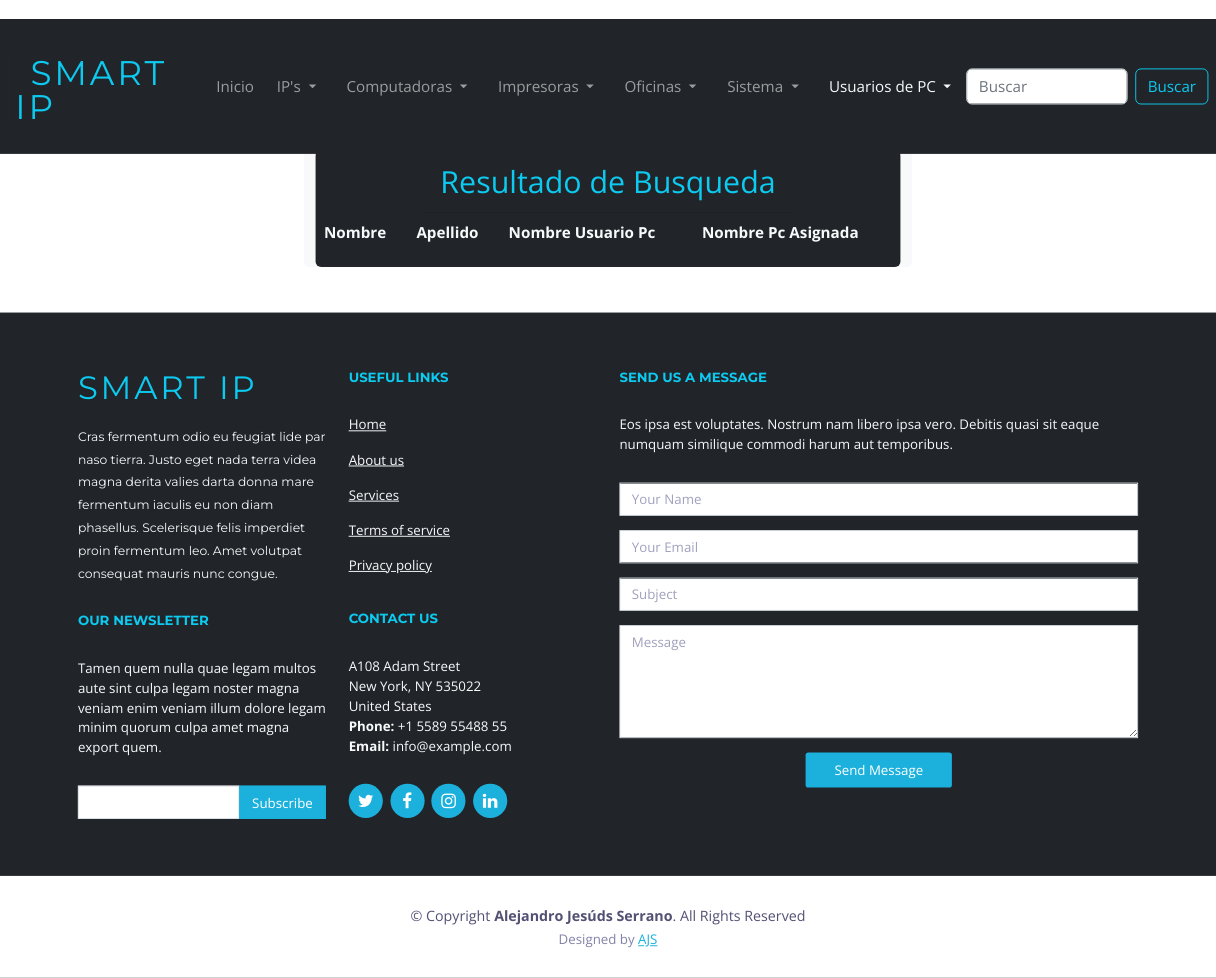
Repository: AlejandroJesusSerrano/SmartIPs
Page: smartip/smartipnav/templates/smartipnav/userspc_list.html
The author's editor kept a copy of each file at every save. The page is drawn from the files as they stood at one save, then again after the next save.
The browser window is 1280 px wide. The pictures show the whole page, at 95% of full size.
The page is served by the project's application, run on Django 4.2 (smartip/manage.py). The template is opened directly, without the code that normally fills it, so the values that code supplies are empty.

Above is the page before, as saved 2022-11-15 18:24:46.

After the next save:
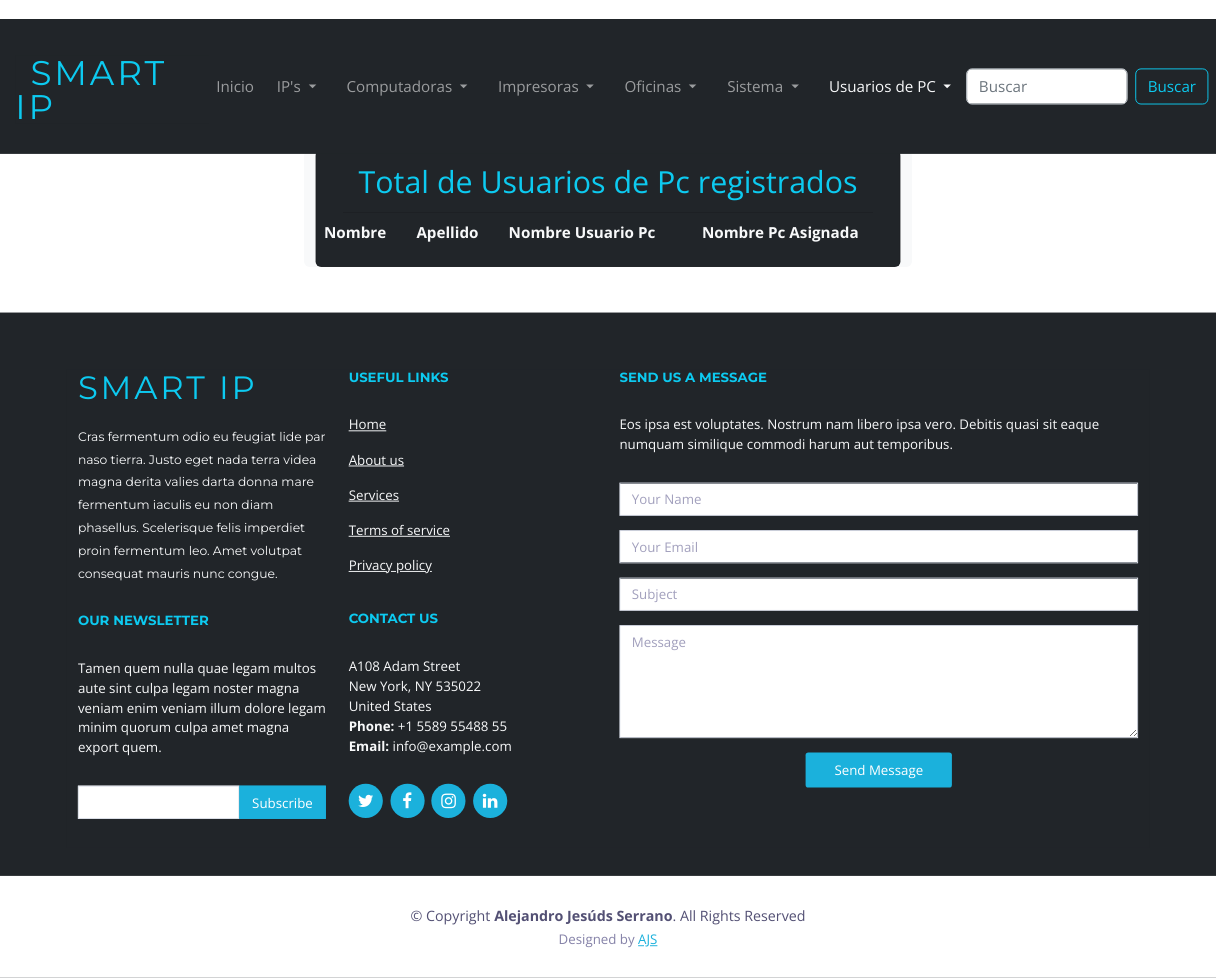
Saved 39 s later.
--- a/smartip/smartipnav/templates/smartipnav/userspc_list.html
+++ b/smartip/smartipnav/templates/smartipnav/userspc_list.html
@@ -10,7 +10,7 @@
     <div class="container col-lg-6 bg-light rounded">
         <div class="card mx-auto mt-5 bg-dark style="width: 20rem;">
             <div class="card-header bg-dark text-info mx-auto">
-                <p class="fs-2 my-0">Resultado de Busqueda</p>
+                <p class="fs-2 my-0">Total de Usuarios de Pc registrados</p>
             </div>
 
                 <table class="table table-borderless">
